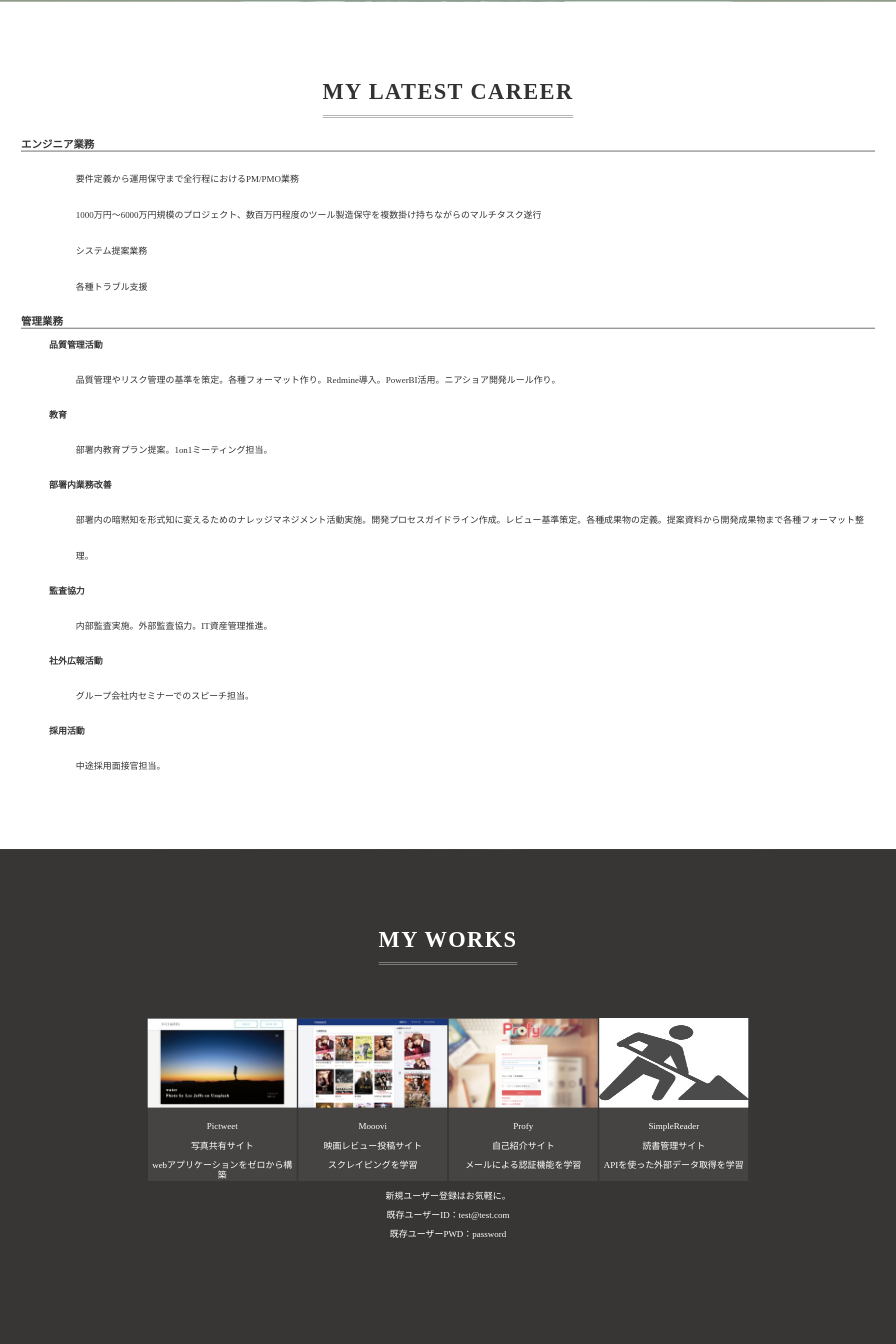
Repository: dackelteckel/myworks
Page: http://localhost/
The author's editor kept a record of every edit. The page is drawn from the files as they stood at one moment, then again after the next edit.
The browser window is 1280 px wide. The pictures show the part of the page from y = 1425 to 3345 px (the page is 3359 px tall before and 3499 px after), at 70% of full size.
Backgrounds fixed to the window are drawn as part of the page. The page is run by PHP 8.4 with error messages shown; the project is at /var/www/html/.

Above is the page before.

After the next edit:
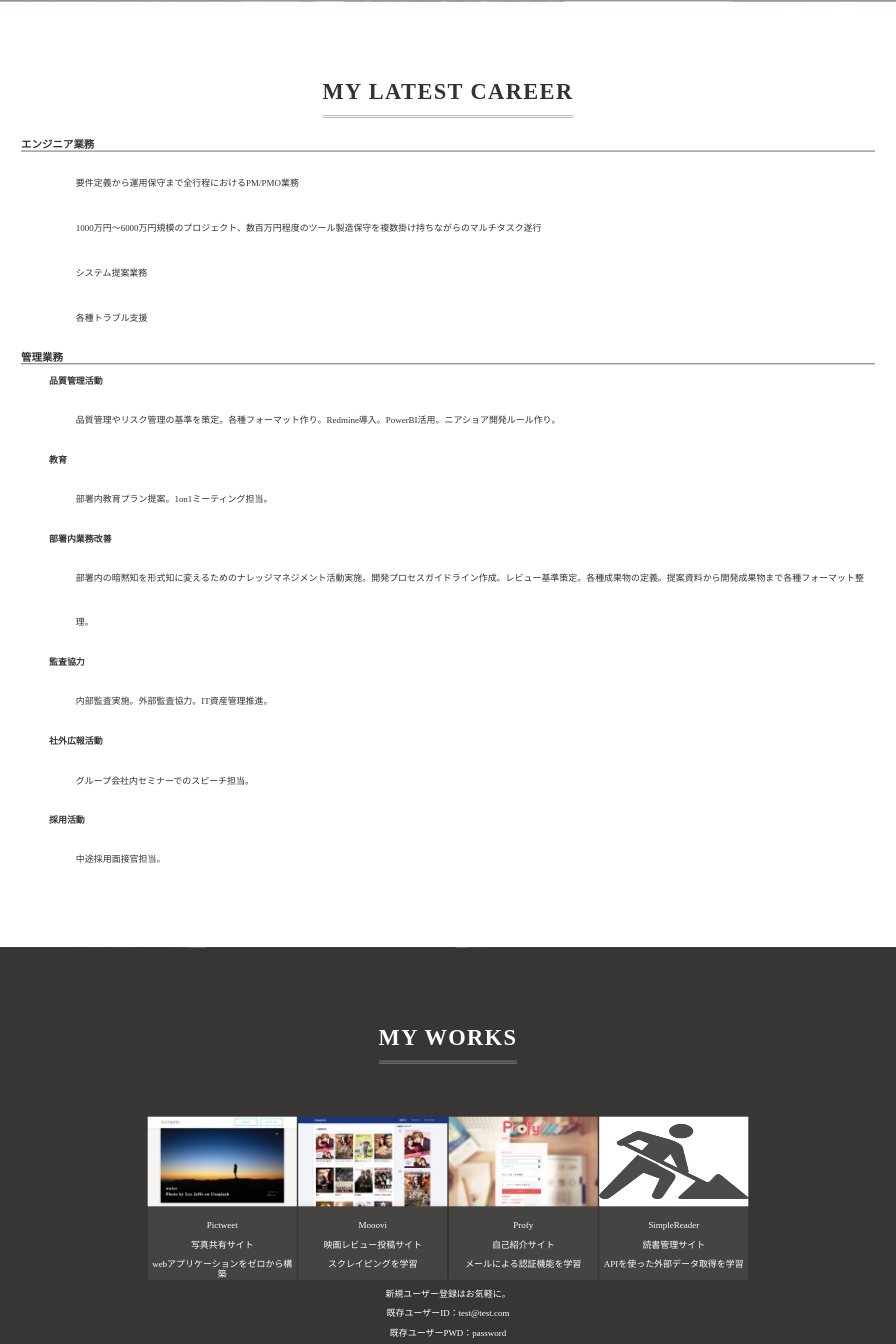
The edit:
--- a/style.css
+++ b/style.css
@@ -116,8 +116,8 @@
 
 .career-text li {
   padding-left: 3em;
-  line-height: 4;
-  vertical-align: top;
+  line-height: 5;
+  vertical-align: text-top;
 }
 
 .works {
